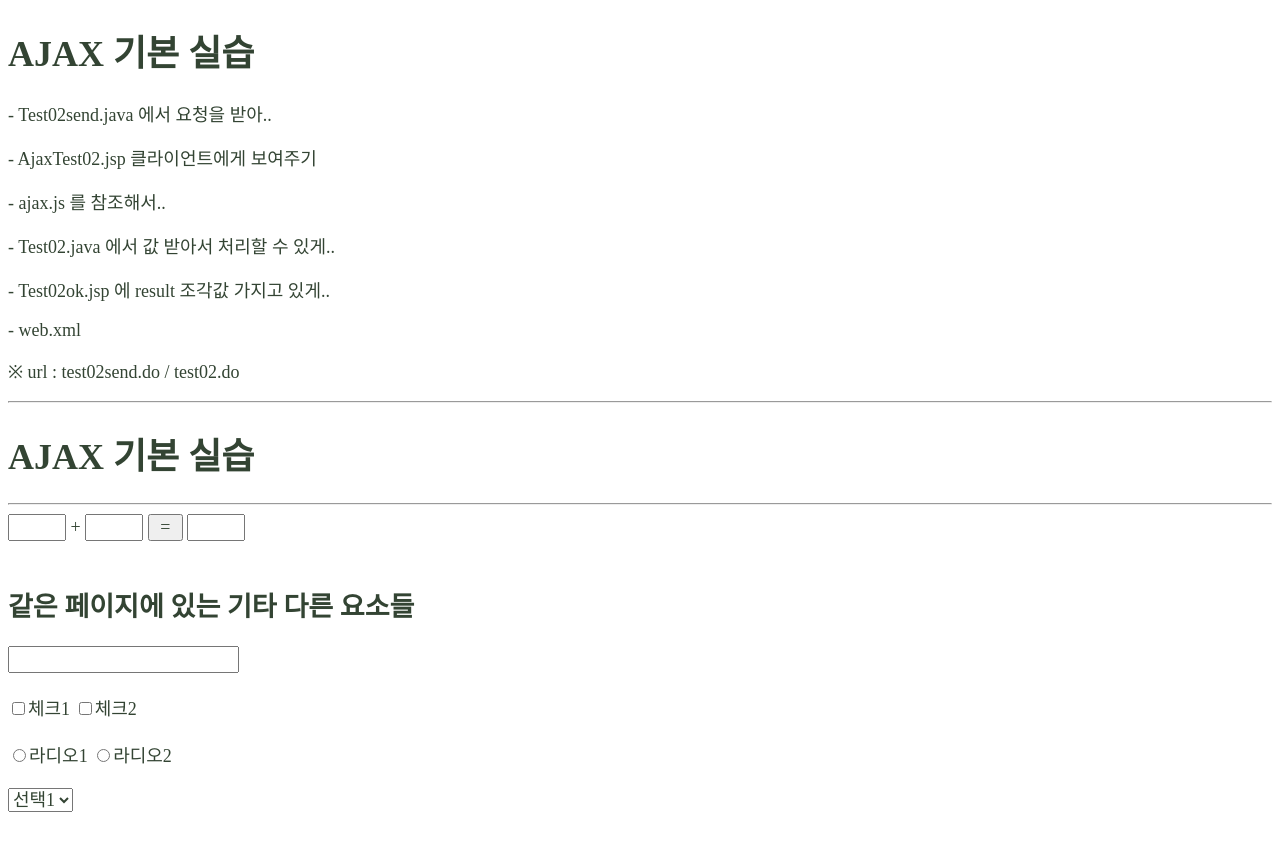
Repository: youngsik0405/Web-study
Page: http://localhost/AjaxApp/WEB-INF/view/AjaxTest02.jsp
The author's editor kept a copy of each file at every save. The page is drawn from the files as they stood at one save, then again after the next save.
The browser window is 1280 px wide. The pictures show the whole page.
The page is served by Tomcat 9. Nobody is signed in. The template is opened directly, without the code that normally fills it, so the values that code supplies are empty.

Above is the page before, as saved 2025-01-31 05:03:04.

After the next save:
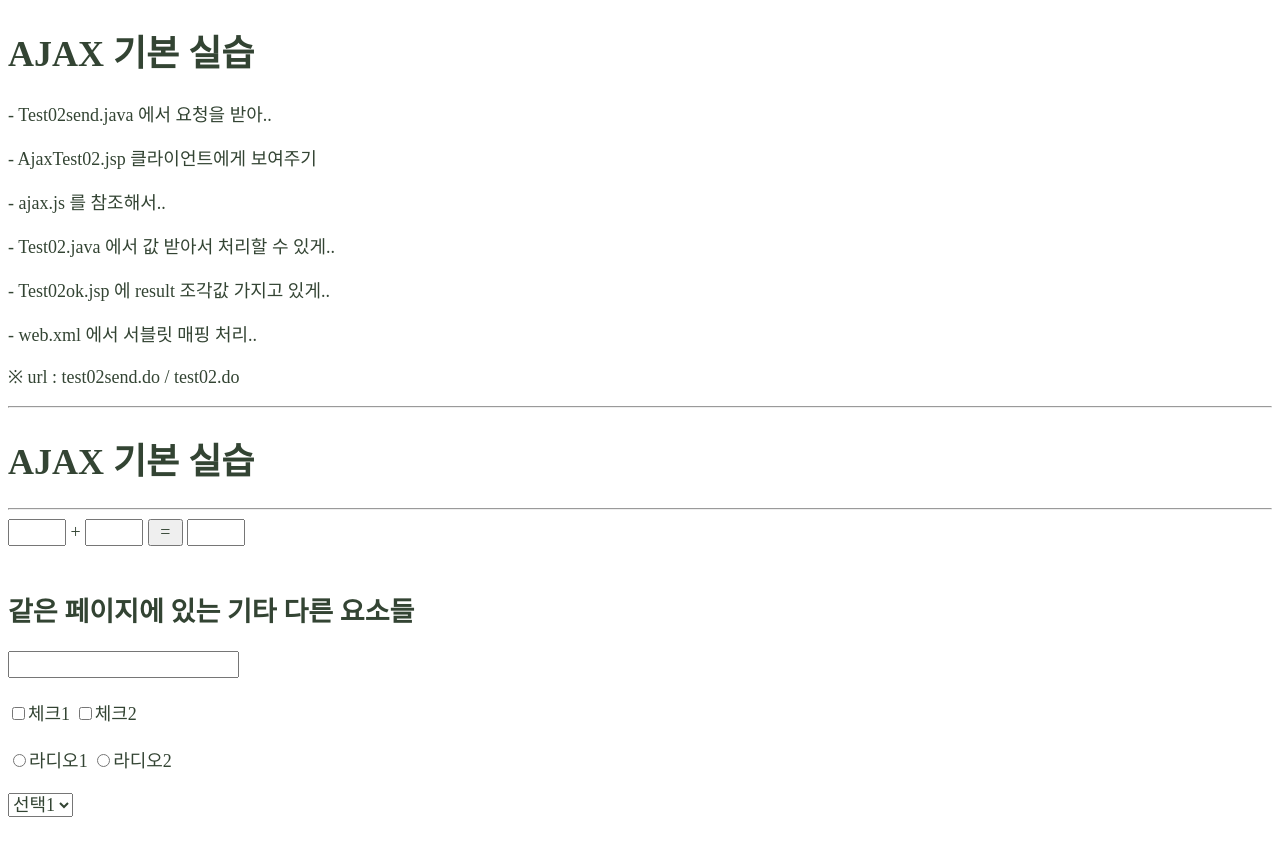
Saved 11 s later.
--- a/AjaxApp/WebContent/WEB-INF/view/AjaxTest02.jsp
+++ b/AjaxApp/WebContent/WEB-INF/view/AjaxTest02.jsp
@@ -111,7 +111,7 @@
 	<p>- ajax.js 를 참조해서..</p>
 	<p>- Test02.java 에서 값 받아서 처리할 수 있게..</p>
 	<p>- Test02ok.jsp 에 result 조각값 가지고 있게..</p>
-	<p>- web.xml</p>
+	<p>- web.xml 에서 서블릿 매핑 처리..</p>
 	<p>※ url : test02send.do / test02.do</p>
 	<hr>
 </div>
